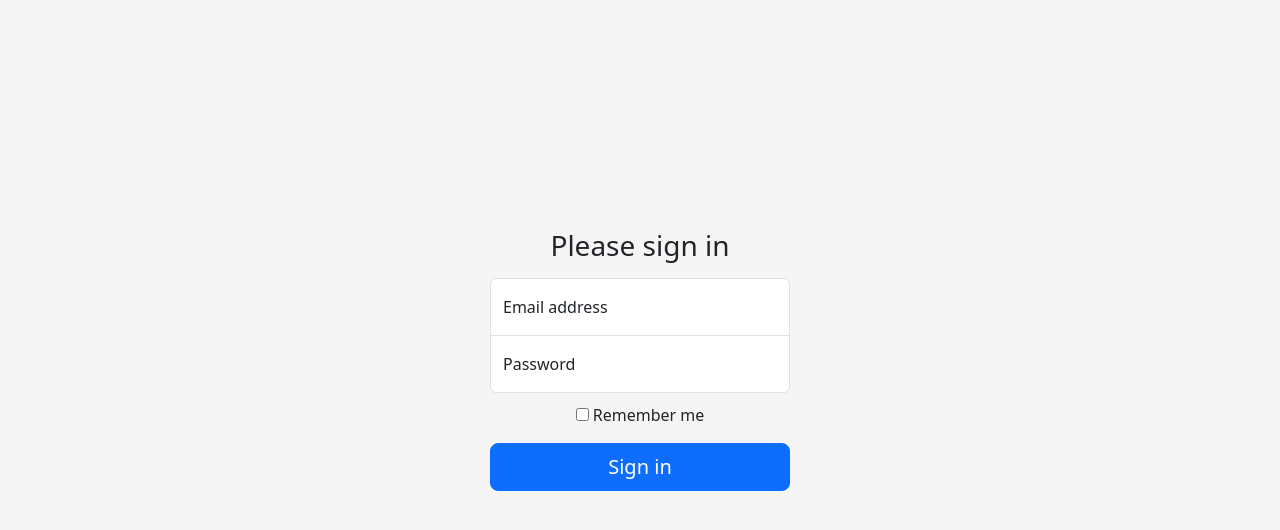
Repository: bjorgkav/payretolive
Page: http://localhost/
These files come from the project's save history. The page is drawn as it stood at one moment and after the next save; the edit follows.
The browser window is 1280 px wide. The pictures show the whole page.
The page is served by the project's application, run on Django 4.2 (manage.py).

Above is the page before, as saved 2023-03-03 17:08:20.

After the next save:
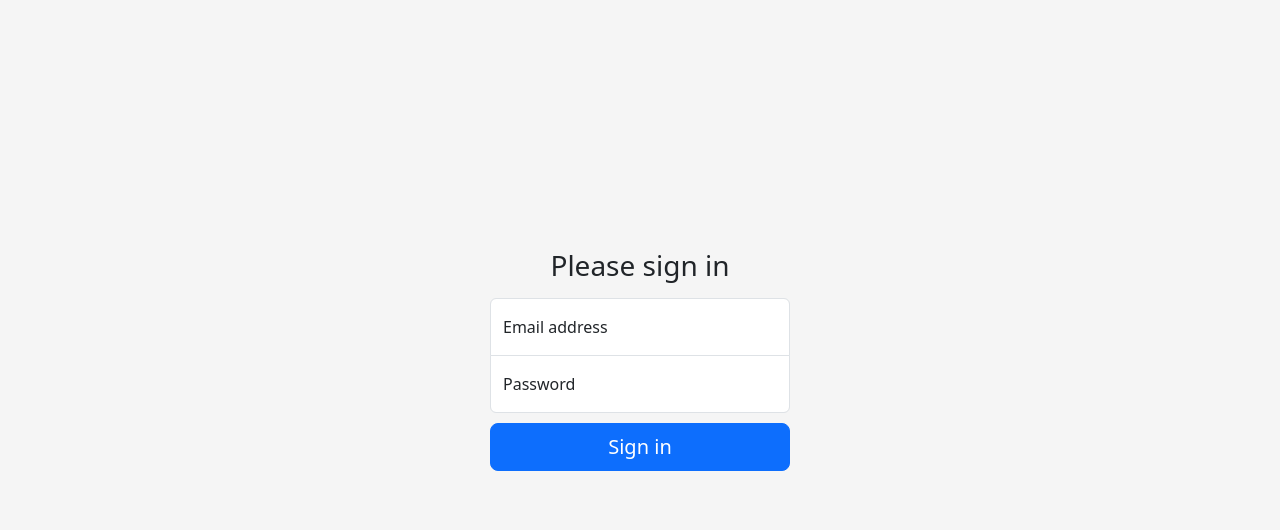
Saved 50 s later.
--- a/login/templates/index.html
+++ b/login/templates/index.html
@@ -79,12 +79,6 @@
       <input type="password" class="form-control" id="floatingPassword" placeholder="Password">
       <label for="floatingPassword">Password</label>
     </div>
-
-    <div class="checkbox mb-3">
-      <label>
-        <input type="checkbox" value="remember-me"> Remember me
-      </label>
-    </div>
     <button class="w-100 btn btn-lg btn-primary" type="submit">Sign in</button>
   </form>
 </main>
